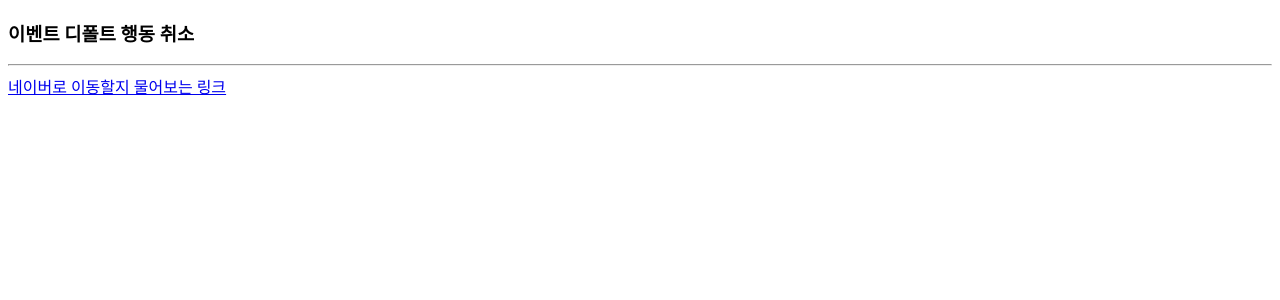
Repository: luna2222/web
Page: 02.JavaScript/WebContent/chap4/04_07Deult.html
The author's editor kept a copy of each file at every save. The page is drawn from the files as they stood at one save, then again after the next save.
The browser window is 1280 px wide. The pictures show the whole page.

Above is the page before, as saved 2019-02-25 03:15:07.

### 02.JavaScript/WebContent/chap4/04_07Deult.html
<!DOCTYPE html>
<html>
<head>
<meta charset="UTF-8">
<title>이벤트 디폴트 행동 취소</title>
<script >
function query(){
	var ret =confirm("네이버로 이동하시겠습까?");
	return ret ;//

}
function noAction(e){
	e.preventDefault();

}
</script>
</head>
<body>
<h3> 이벤트 디폴트 행동 취소 </h3>
<hr>
<a href="//http:/www.naver.com'onclick="return query()">네이버로 이동할지 물어보는 링크</a>
</body>
</html>

After the next save:
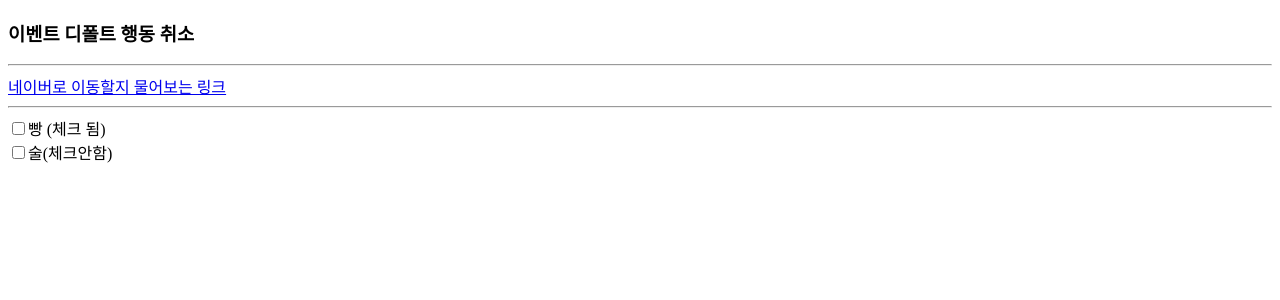
Saved 3 min 33 s later.
--- a/02.JavaScript/WebContent/chap4/04_07Deult.html
+++ b/02.JavaScript/WebContent/chap4/04_07Deult.html
@@ -19,5 +19,10 @@ function noAction(e){
 <h3> 이벤트 디폴트 행동 취소 </h3>
 <hr>
 <a href="//http:/www.naver.com'onclick="return query()">네이버로 이동할지 물어보는 링크</a>
+<hr>
+<form>
+	<input type="checkbox">빵 (체크 됨)  <br>
+	<input type="checkbox"onclick=" noAction(event)">술(체크안함)
+</form>
 </body>
 </html>
